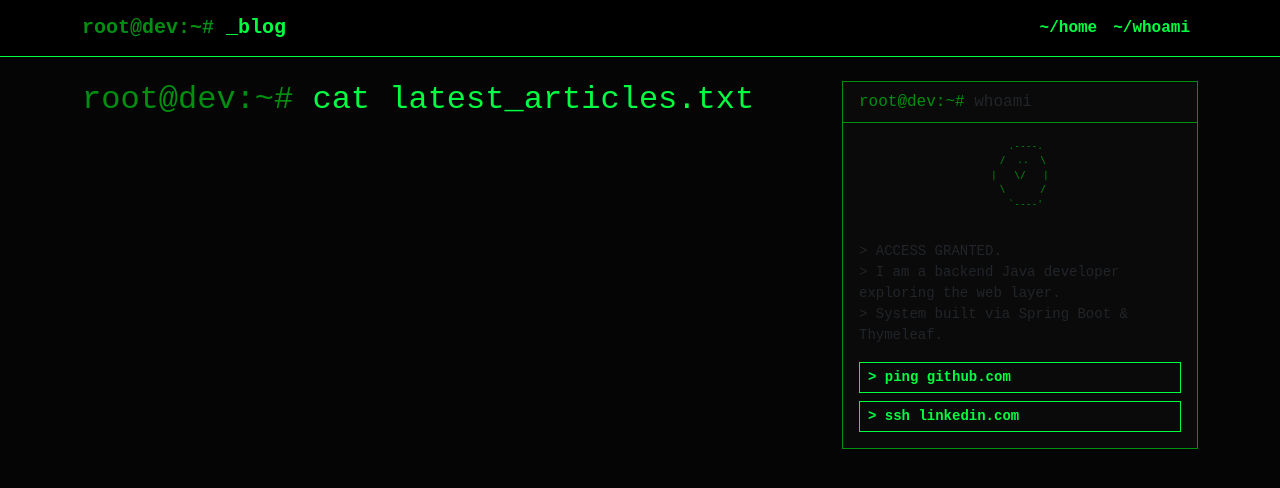
Repository: gd0t/gd0t-blog
Page: http://localhost/index
An editor plug-in stored every save of this project. The page is shown before and after the next save, followed by the edit.
The browser window is 1280 px wide. The pictures show the whole page.
The page is this project's Thymeleaf template; nobody is signed in. The template is opened directly, without the code that normally fills it, so the values that code supplies are empty.

Above is the page before, as saved 2026-05-21 00:01:32.

### gd0t/src/main/resources/templates/index.html
<!DOCTYPE html>
<!-- Adding the thymeleaf template engine and spring-security plugin -->
<html xmlns:th="http://www.thymeleaf.org" xmlns:sec="http://www.thymeleaf.org/extras/spring-security" lang="en">
<head>
    <meta charset="UTF-8">
    <meta name="viewport" content="width=device-width, initial-scale=1">
    <title>gd0t@space:~$</title>

    <link href="https://cdn.jsdelivr.net/npm/bootstrap@5.3.2/dist/css/bootstrap.min.css" rel="stylesheet">
    <link rel="stylesheet" href="https://cdn.jsdelivr.net/npm/bootstrap-icons@1.11.1/font/bootstrap-icons.css">
    <link rel="stylesheet" th:href="@{/css/style.css}">
</head>
<body>

    <nav class="navbar navbar-expand-lg mb-4">
        <div class="container">
            <a class="navbar-brand prompt" href="/">_blog</a>
            <button class="navbar-toggler border-0" type="button" data-bs-toggle="collapse" data-bs-target="#navbarNav">
                <i class="bi bi-list" style="color: #00FF41; font-size: 1.5rem;"></i>
            </button>
            <div class="collapse navbar-collapse" id="navbarNav">
                <ul class="navbar-nav ms-auto align-items-center">
                    <li class="nav-item"><a class="nav-link" href="/">~/home</a></li>
                    <li class="nav-item"><a class="nav-link" href="#about">~/whoami</a></li>

                    <!-- MAGIC HAPPENS HERE: sec:authorize only renders this <li> if the user is logged in! -->
                    <li class="nav-item ms-lg-3 mt-2 mt-lg-0" sec:authorize="isAuthenticated()">
                        <a class="btn btn-primary btn-sm" th:href="@{/new}">> sudo write_post</a>
                    </li>

                    <!-- Optional: A logout button -->
                    <li class="nav-item ms-lg-3 mt-2 mt-lg-0" sec:authorize="isAuthenticated()">
                        <form th:action="@{/logout}" method="post" class="d-inline">
                            <button type="submit" class="btn btn-outline-dark btn-sm">> exit</button>
                        </form>
                    </li>
                </ul>
            </div>
        </div>
    </nav>

    <div class="container">
        <div class="row">

        	<!-- The posts take up 8 columns -->
            <div class="col-lg-8">
                <h2 class="mb-4 prompt">cat latest_articles.txt</h2>
                <div th:each="post : ${posts}" class="card mb-4">
                    <div class="card-header bg-transparent">
                        <h4 class="card-title fw-bold m-0" th:text="${post.title}">Title</h4>
                    </div>
                    <div class="card-body">
                        <!-- Truncate the text on the homepage so it's a preview -->
                        <p class="card-text" th:text="${#strings.abbreviate(post.content, 150)}">Content goes here...</p>

                        <!-- This link dynamically builds the URL to /post/1, /post/2, etc. -->
                        <a th:href="@{/post/{id}(id=${post.id})}" class="fw-bold">> execute read_more.sh</a>
                    </div>
                </div>
            </div>

            <!-- about me takes up to 4 columns -->
            <div class="col-lg-4">

                <!-- About Me Card -->
                <div class="card mb-4" id="about">
                    <div class="card-header border-bottom border-success prompt bg-transparent">
                        whoami
                    </div>
                    <div class="card-body">
                        <!-- ASCII Art style avatar placeholder -->
                        <pre class="text-center mb-3" style="font-size: 0.6rem; color: #008F11;">
  .----.
 /  ..  \
|   \/   |
 \      /
  `----'
                        </pre>
                        <p class="card-text small">
                            > ACCESS GRANTED.<br>
                            > I am a backend Java developer exploring the web layer.<br>
                            > System built via Spring Boot & Thymeleaf.
                        </p>
                        <div class="d-flex flex-column gap-2 mt-3">
                            <a href="#" class="btn btn-outline-dark btn-sm text-start">> ping github.com</a>
                            <a href="#" class="btn btn-outline-dark btn-sm text-start">> ssh linkedin.com</a>
                        </div>
                    </div>
                </div>
                </div>
        </div>
    </div>
</body>
</html>

### gd0t/src/main/resources/static/css/style.css
/* Base Terminal Styling */
body {
    background-color: #050505;
    color: #00FF41;
    font-family: 'Courier New', Courier, monospace;
}

.text-dark, .text-muted, .text-secondary {
    color: #FFF !important;
}

.navbar {
    background-color: #000000 !important;
    border-bottom: 1px solid #00FF41;
}
.navbar-brand, .nav-link {
    color: #00FF41 !important;
    font-weight: bold;
}

a {
    color: #00FF41;
    text-decoration: none;
}

a:hover {
    color: #00FF41;
    text-shadow: 0 0 8px #00FF41;
}

.card {
    background-color: #0A0A0A;
    border: 1px solid #008F11;
    border-radius: 0;
}
.card-header {
    border-bottom: 1px solid #008F11 !important;
}

.btn-primary, .btn-outline-light, .btn-outline-dark, button[type="submit"] {
    background-color: transparent;
    color: #00FF41;
    border: 1px solid #00FF41;
    border-radius: 0;
    font-weight: bold;
}
.btn-primary:hover, .btn-outline-light:hover, .btn-outline-dark:hover, button[type="submit"]:hover {
    background-color: #00FF41;
    color: #000000;
    box-shadow: 0 0 10px #00FF41;
}

.prompt::before {
    content: "root@dev:~# ";
    color: #008F11;
}

input[type="text"], textarea {
    background-color: #050505;
    color: #00FF41;
    border: 1px solid #008F11;
    border-radius: 0;
    width: 100%;
    padding: 10px;
}
input[type="text"]:focus, textarea:focus {
    outline: none;
    border-color: #00FF41;
    box-shadow: 0 0 8px #00FF41;
}

After the next save:
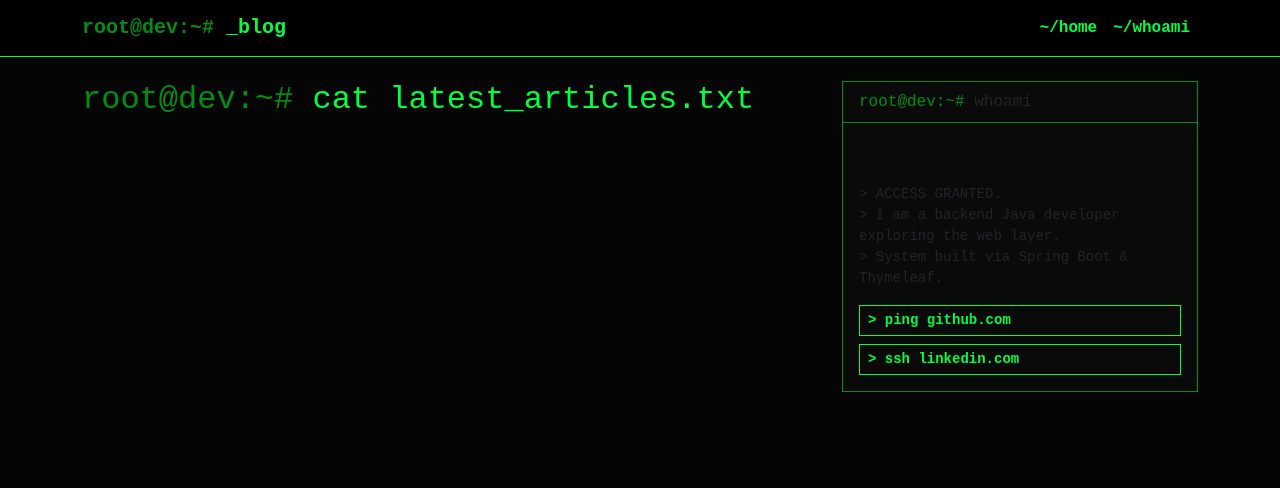
Saved 21 s later.
--- a/gd0t/src/main/resources/templates/index.html
+++ b/gd0t/src/main/resources/templates/index.html
@@ -68,13 +68,9 @@
                         whoami
                     </div>
                     <div class="card-body">
-                        <!-- ASCII Art style avatar placeholder -->
+
                         <pre class="text-center mb-3" style="font-size: 0.6rem; color: #008F11;">
-  .----.
- /  ..  \
-|   \/   |
- \      /
-  `----'
+
                         </pre>
                         <p class="card-text small">
                             > ACCESS GRANTED.<br>
